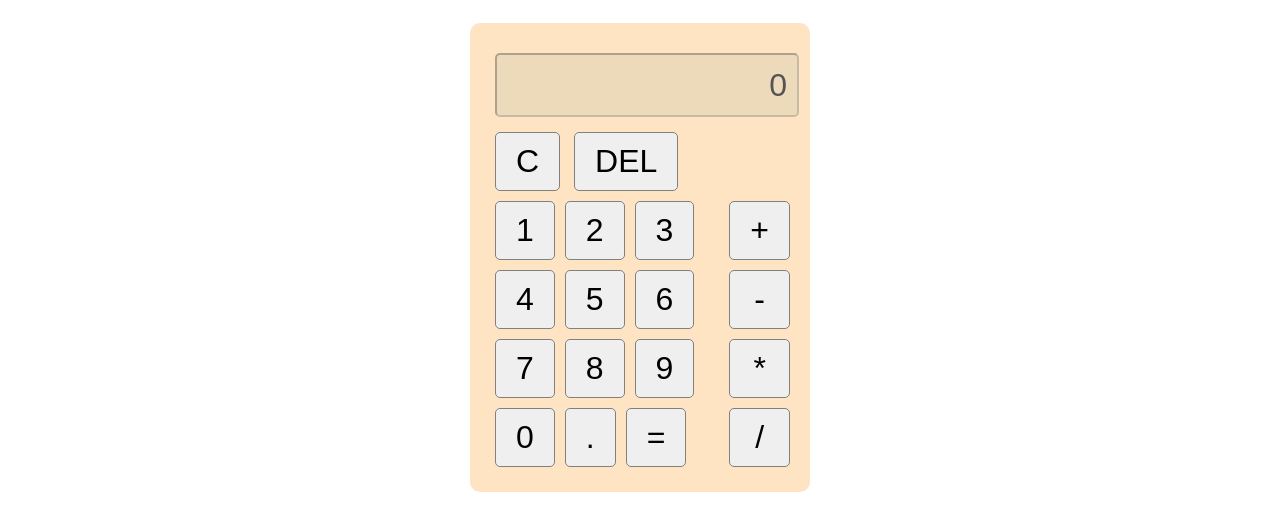
Repository: jaskeat/Calculator
Page: index.html
These files come from the project's save history. The page is drawn as it stood at one moment and after the next save; the edit follows.
The browser window is 1280 px wide. The pictures show the whole page.

Above is the page before, as saved 2024-09-05 13:25:33.

After the next save:
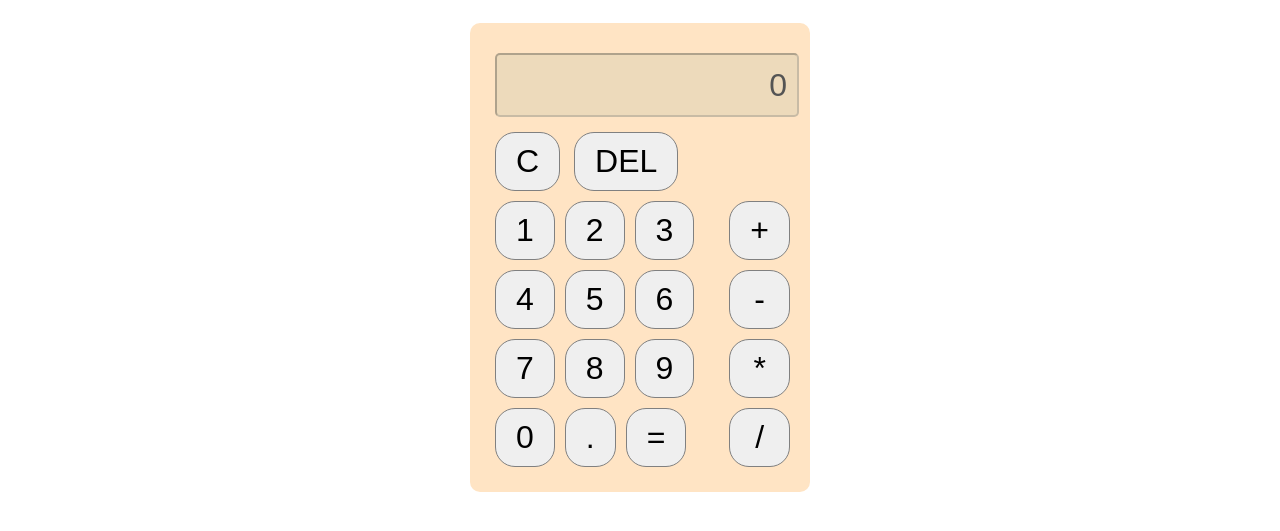
Saved 2 min 43 s later.
--- a/style.css
+++ b/style.css
@@ -15,7 +15,7 @@ body {
 }
 
 button {
-	border-radius: 5px;
+	border-radius: 20px;
 	border: 1px grey solid;
 	font-size: 1.3rem;
 }
